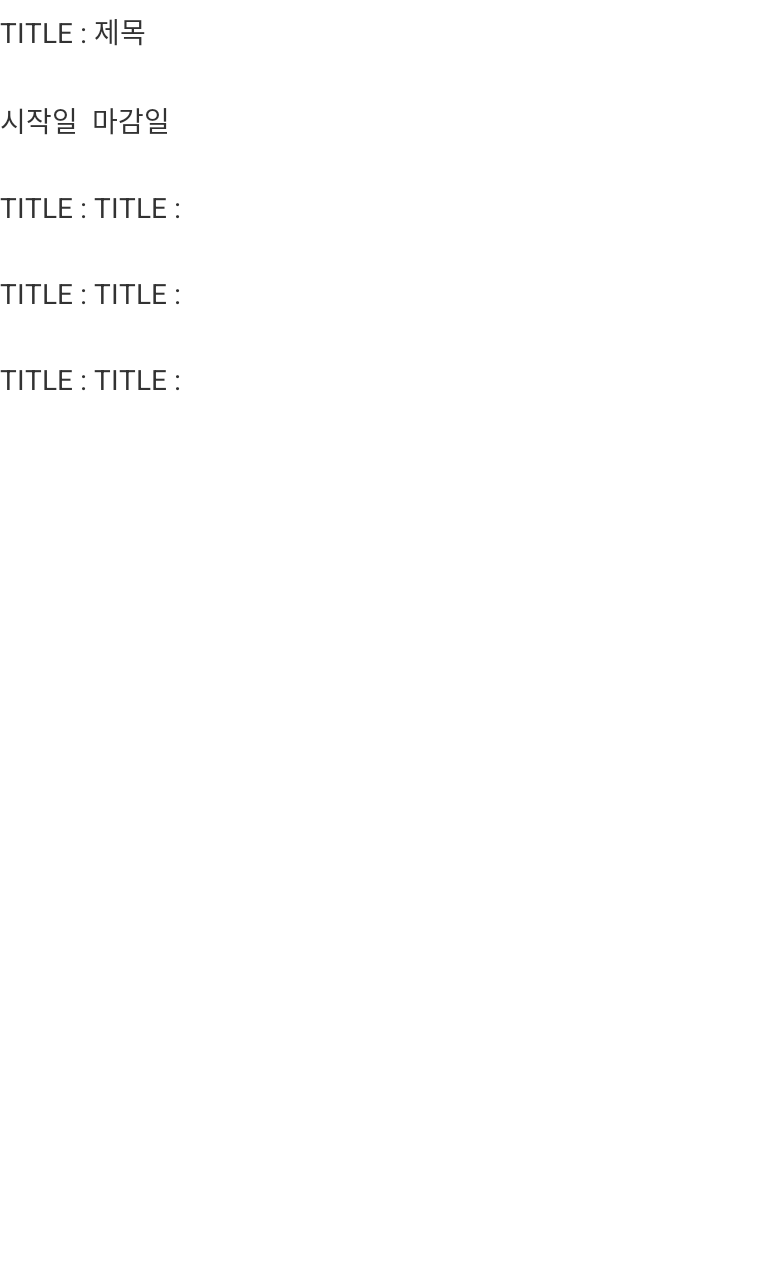
Repository: chlduq04/java
Layout: Culturemap/res/layout/detail.xml
These files come from the project's save history. The layout is drawn as it stood at one moment and after the next save; the edit follows.
It is drawn on a 768 x 1280 px phone screen (xhdpi) without system bars, with theme AppTheme; the app's code is not run.

Above is the layout before, as saved 2012-07-23 06:52:09.

After the next save:
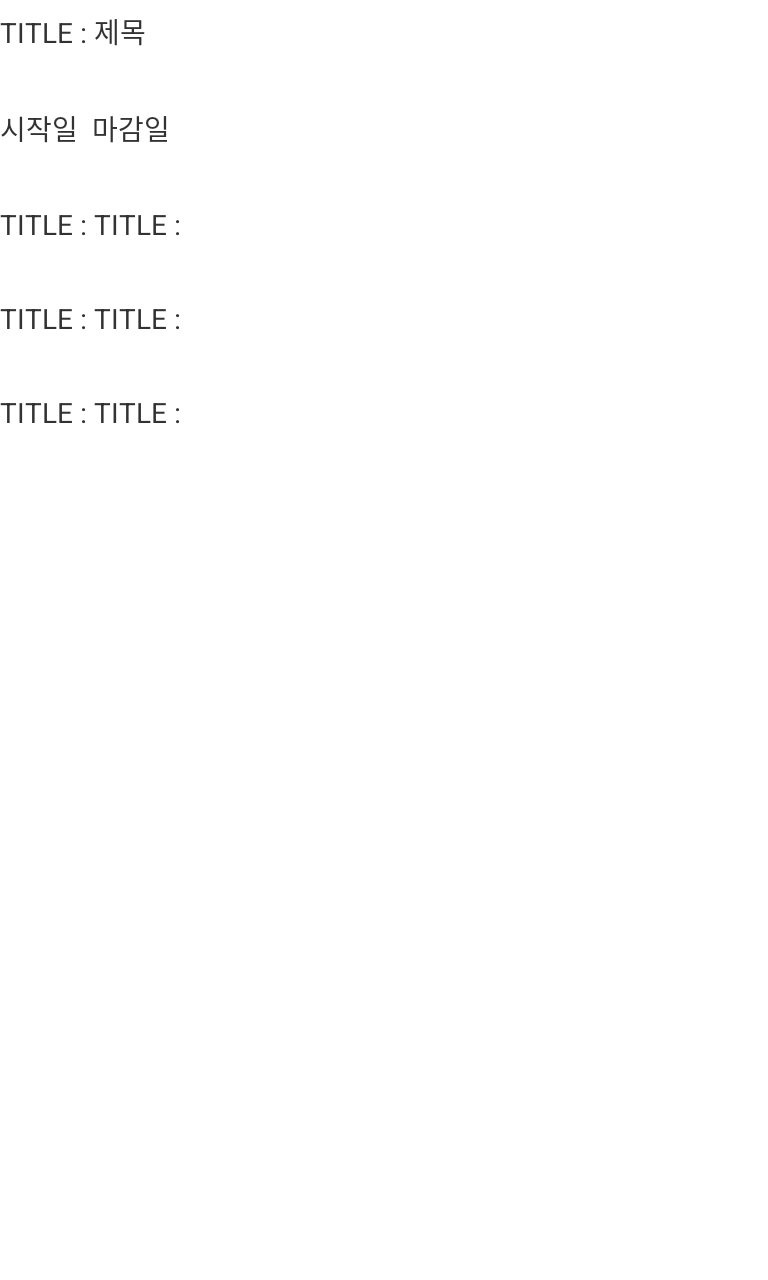
Saved 85 s later.
--- a/Culturemap/res/layout/detail.xml
+++ b/Culturemap/res/layout/detail.xml
@@ -11,85 +11,101 @@
         android:orientation="vertical" >
 
         <LinearLayout
-            android:paddingTop="5dip"
             android:layout_width="fill_parent"
             android:layout_height="wrap_content"
-            android:layout_weight="1">
+            android:layout_weight="1"
+            android:paddingTop="5dip" >
+
             <TextView
                 android:layout_width="wrap_content"
                 android:layout_height="wrap_content"
-                android:text="TITLE : "
-                ></TextView>
+                android:text="TITLE : " >
+            </TextView>
+
             <TextView
                 android:layout_width="wrap_content"
                 android:layout_height="wrap_content"
-                android:text="제목"
-                ></TextView>
+                android:text="제목" >
+            </TextView>
+        </LinearLayout>
 
-        </LinearLayout>
         <LinearLayout
             android:layout_width="fill_parent"
             android:layout_height="wrap_content"
-            android:layout_weight="1">
+            android:layout_weight="1"
+            android:paddingTop="5dip">
+
             <TextView
                 android:layout_width="wrap_content"
                 android:layout_height="wrap_content"
-                android:text="시작일  "
-                ></TextView>
+                android:text="시작일  " >
+            </TextView>
+
             <TextView
                 android:layout_width="wrap_content"
                 android:layout_height="wrap_content"
-                android:text="마감일"
-                ></TextView>
+                android:text="마감일" >
+            </TextView>
+        </LinearLayout>
 
-        </LinearLayout>
         <LinearLayout
             android:layout_width="fill_parent"
             android:layout_height="wrap_content"
-            android:layout_weight="1">
+            android:layout_weight="1"
+            android:paddingTop="5dip">
+
+
             <TextView
                 android:layout_width="wrap_content"
                 android:layout_height="wrap_content"
-                android:text="TITLE : "
-                ></TextView>
+                android:text="TITLE : " >
+            </TextView>
+
             <TextView
                 android:layout_width="wrap_content"
                 android:layout_height="wrap_content"
-                android:text="TITLE : "
-                ></TextView>
+                android:text="TITLE : " >
+            </TextView>
+        </LinearLayout>
 
-        </LinearLayout>
         <LinearLayout
             android:layout_width="fill_parent"
             android:layout_height="wrap_content"
-            android:layout_weight="1">
+            android:layout_weight="1"
+            android:paddingTop="5dip">
+
+
             <TextView
                 android:layout_width="wrap_content"
                 android:layout_height="wrap_content"
-                android:text="TITLE : "
-                ></TextView>
+                android:text="TITLE : " >
+            </TextView>
+
             <TextView
                 android:layout_width="wrap_content"
                 android:layout_height="wrap_content"
-                android:text="TITLE : "
-                ></TextView>
+                android:text="TITLE : " >
+            </TextView>
+        </LinearLayout>
 
-        </LinearLayout>
         <LinearLayout
             android:layout_width="fill_parent"
             android:layout_height="wrap_content"
-            android:layout_weight="1">
+            android:layout_weight="1"
+            android:paddingTop="5dip">
+
+
             <TextView
                 android:layout_width="wrap_content"
                 android:layout_height="wrap_content"
-                android:text="TITLE : "
-                ></TextView>
+                android:text="TITLE : " >
+            </TextView>
+
             <TextView
                 android:layout_width="wrap_content"
                 android:layout_height="wrap_content"
-                android:text="TITLE : "
-                ></TextView>
-
+                android:text="TITLE : " >
+            </TextView>
         </LinearLayout>
     </LinearLayout>
 
